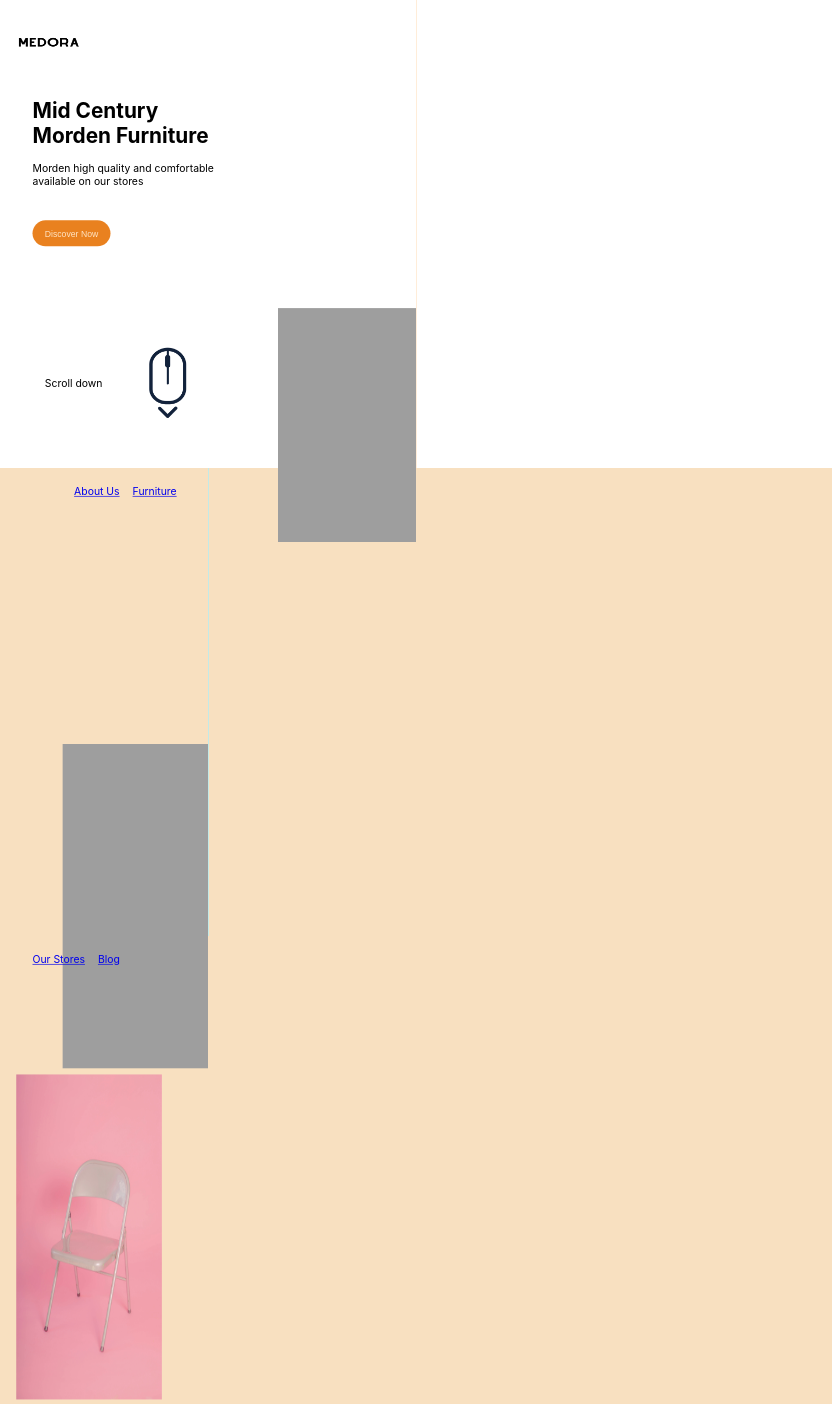
Repository: SbuKhoza/medora
Page: /
An editor plug-in stored every save of this project. The page is shown before and after the next save, followed by the edit.
The browser window is 1280 px wide. The pictures show the whole page, at 65% of full size.
Pictures or frames that could not be fetched are drawn as grey boxes. The project was rebuilt for these pictures with package versions that can differ from the ones it lists, and the page was loaded fresh each time.

Above is the page before, as saved 2024-07-12 09:02:31.

After the next save:
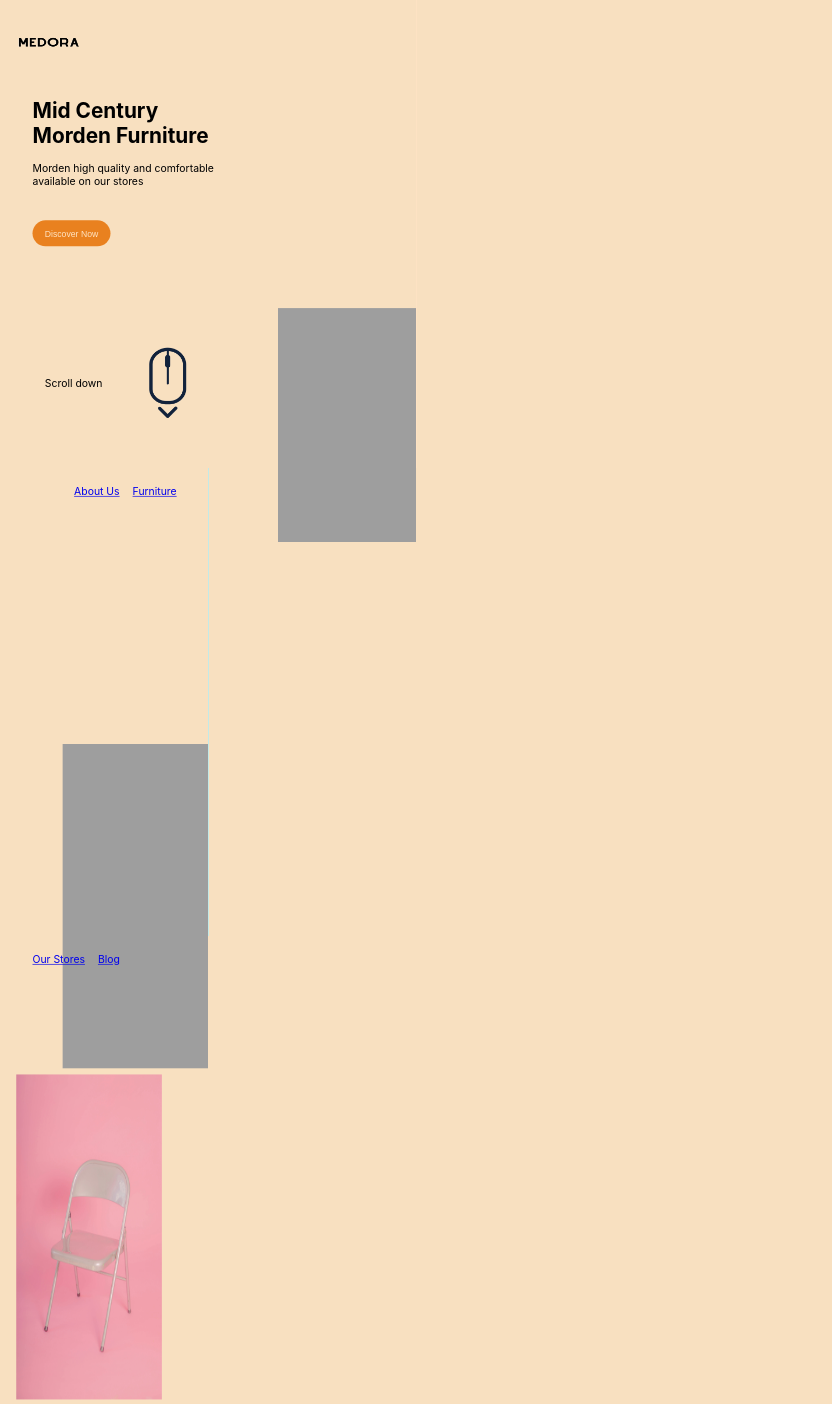
Saved 18 s later.
--- a/src/App.css
+++ b/src/App.css
@@ -5,7 +5,7 @@ body {
 .container {
   display: flex;
   height: 100vh;
-
+  padd
   background-color: rgb(255, 255, 255);
 
 }
